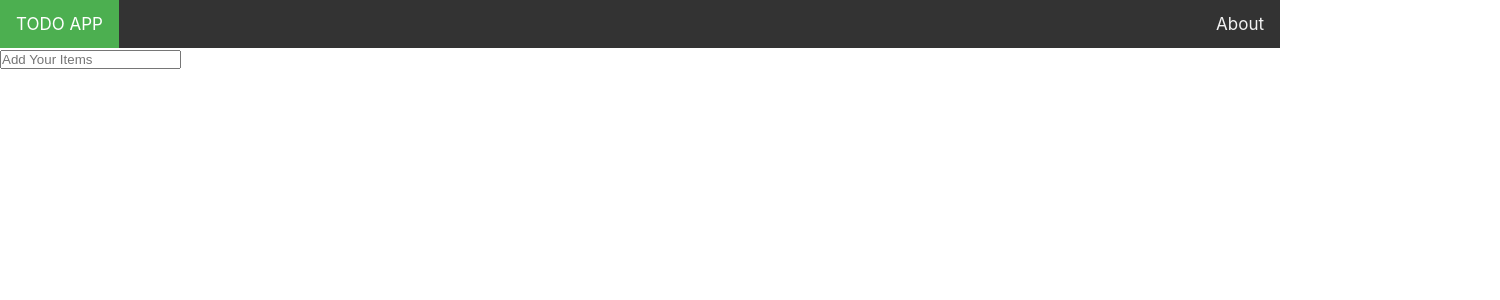
Repository: hoangphuong965/myTodoList
Page: /
An editor plug-in stored every save of this project. The page is shown before and after the next save, followed by the edit.
The browser window is 1280 px wide. The page is 1280 px wide, then 1500 px, so the pictures cover 1500 px, including what lies to the right of the window. The pictures show the whole page.
The project was rebuilt for these pictures with package versions that can differ from the ones it lists, and the page was loaded fresh each time.

Above is the page before, as saved 2020-06-01 09:28:43.

### src/App.js
import React, { Component } from "react";
import Navbar from "./components/Navbar/Navbar";
import TodoInput from "./components/TodoInput";

export default class App extends Component {
  render() {
    return (
      <div className="container">
        <Navbar />
        <TodoInput />
      </div>
    );
  }
}

### src/components/Navbar/Navbar.js
import React, { Component } from "react";
import "./navbar.css";

export default class Navbar extends Component {
  render() {
    return (
      <div className="topnav">
        <a className="active" href="#home">
          TODO APP
        </a>
        <a href="#about">About</a>
      </div>
    );
  }
}

### src/components/TodoInput.js
import React, { Component } from 'react';
import './todo.css';

export default class TodoInput extends Component {
    render() {
        return (
            <div className="input">
                <form className="form">
                    <input type="text" className="input" placeholder="Add Your Items"/>
                </form>
            </div>
        )
    }
}

### src/components/Navbar/navbar.css
/* Add a black background color to the top navigation */
.topnav {
    background-color: #333;
    overflow: hidden;
    display: flex;
    justify-content: space-between;
  }

  /* Style the links inside the navigation bar */
  .topnav a {
    color: #f2f2f2;
    text-align: center;
    padding: 14px 16px;
    text-decoration: none;
    font-size: 17px;
    transition: all 0.3s linear;
  }

  /* Change the color of links on hover */
  .topnav a:hover {
    background-color: #ddd;
    color: black;
  }

  /* Add a color to the active/current link */
  .topnav a.active {
    background-color: #4CAF50;
    color: white;
  }

### src/components/todo.css
*{
    margin: 0;
    padding: 0;
    box-sizing: border-box;
}

.container{
    ma
}

Loaded but not shown: public/index.html (common file); src/index.js (common file); src/index.css (common file); src/serviceWorker.js (common file)

After the next save:
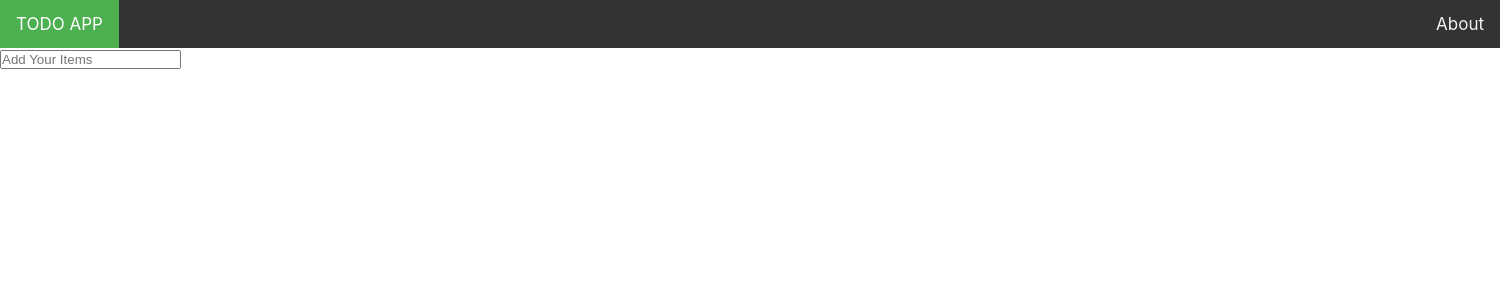
Saved 8 s later.
--- a/src/components/todo.css
+++ b/src/components/todo.css
@@ -5,5 +5,6 @@
 }
 
 .container{
-    ma
+    margin: 0 auto;
+    width: 1500px;
 }
